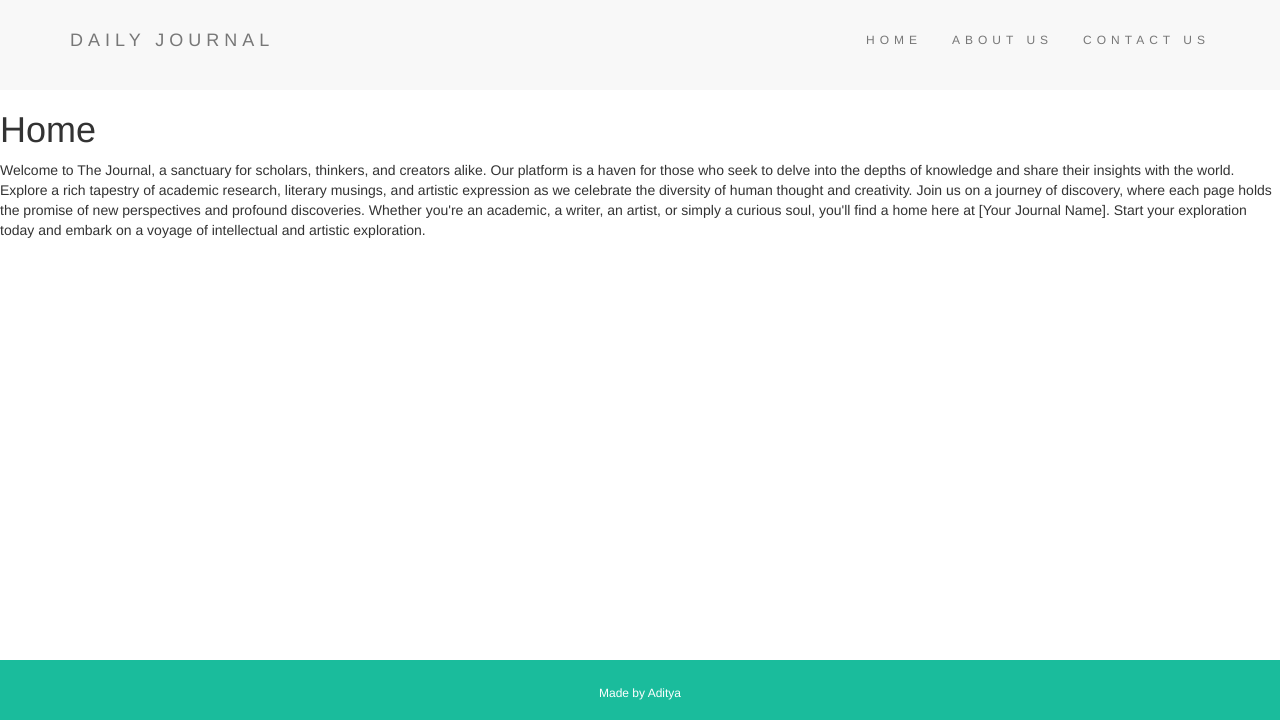
Repository: aditya-jha-kumar/Journal
Page: http://localhost/
These files come from the project's save history. The page is drawn as it stood at one moment and after a run of saves; the edit follows.
The browser window is 1280 px wide. The pictures show the whole page.
The page is served by the project's Node server (app.js).

Above is the page before, as saved 2024-04-13 02:29:15.

After the next 8 saves:
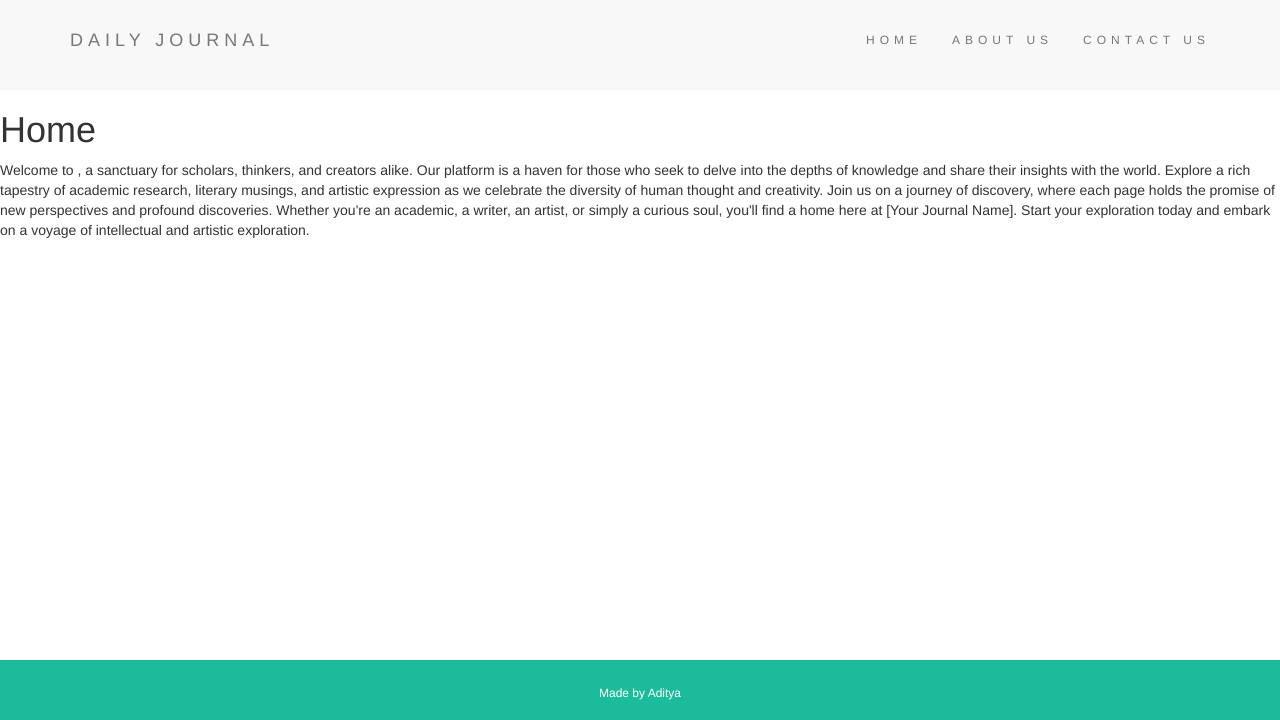
The 8 saves are shown as one change because 2 did not build or start and some came seconds apart.
The last was saved 97 s later.
--- a/app.js
+++ b/app.js
@@ -5,7 +5,7 @@
 const _ = require("lodash");
 
 const homeStartingContent =
-  "Welcome to The Journal, a sanctuary for scholars, thinkers, and creators alike. Our platform is a haven for those who seek to delve into the depths of knowledge and share their insights with the world. Explore a rich tapestry of academic research, literary musings, and artistic expression as we celebrate the diversity of human thought and creativity. Join us on a journey of discovery, where each page holds the promise of new perspectives and profound discoveries. Whether you're an academic, a writer, an artist, or simply a curious soul, you'll find a home here at [Your Journal Name]. Start your exploration today and embark on a voyage of intellectual and artistic exploration.";
+  "Welcome to , a sanctuary for scholars, thinkers, and creators alike. Our platform is a haven for those who seek to delve into the depths of knowledge and share their insights with the world. Explore a rich tapestry of academic research, literary musings, and artistic expression as we celebrate the diversity of human thought and creativity. Join us on a journey of discovery, where each page holds the promise of new perspectives and profound discoveries. Whether you're an academic, a writer, an artist, or simply a curious soul, you'll find a home here at [Your Journal Name]. Start your exploration today and embark on a voyage of intellectual and artistic exploration.";
 const aboutContent =
   "Hac habitasse platea dictumst vestibulum rhoncus est pellentesque. Dictumst vestibulum rhoncus est pellentesque elit ullamcorper. Non diam phasellus vestibulum lorem sed. Platea dictumst quisque sagittis purus sit. Egestas sed sed risus pretium quam vulputate dignissim suspendisse. Mauris in aliquam sem fringilla. Semper risus in hendrerit gravida rutrum quisque non tellus orci. Amet massa vitae tortor condimentum lacinia quis vel eros. Enim ut tellus elementum sagittis vitae. Mauris ultrices eros in cursus turpis massa tincidunt dui.";
 const contactContent =

After the save that followed:
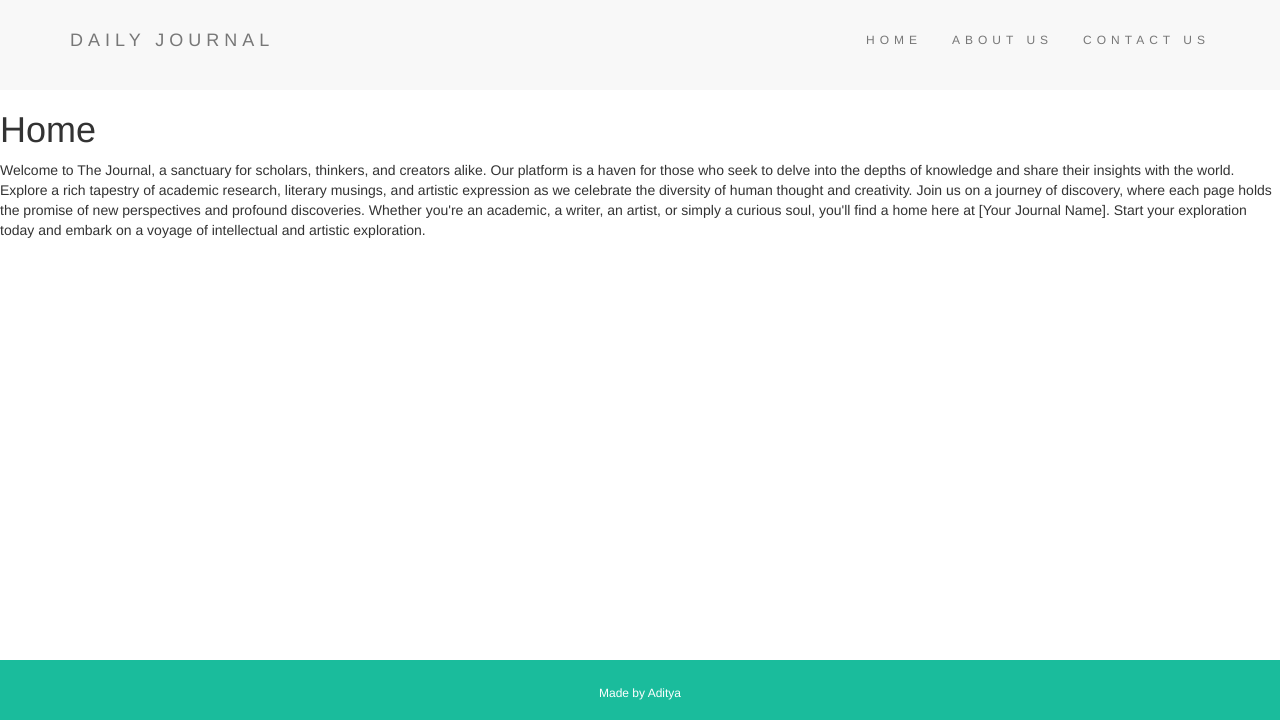
Saved 4 s later.
--- a/app.js
+++ b/app.js
@@ -5,9 +5,9 @@
 const _ = require("lodash");
 
 const homeStartingContent =
-  "Welcome to , a sanctuary for scholars, thinkers, and creators alike. Our platform is a haven for those who seek to delve into the depths of knowledge and share their insights with the world. Explore a rich tapestry of academic research, literary musings, and artistic expression as we celebrate the diversity of human thought and creativity. Join us on a journey of discovery, where each page holds the promise of new perspectives and profound discoveries. Whether you're an academic, a writer, an artist, or simply a curious soul, you'll find a home here at [Your Journal Name]. Start your exploration today and embark on a voyage of intellectual and artistic exploration.";
+  "Welcome to The Journal, a sanctuary for scholars, thinkers, and creators alike. Our platform is a haven for those who seek to delve into the depths of knowledge and share their insights with the world. Explore a rich tapestry of academic research, literary musings, and artistic expression as we celebrate the diversity of human thought and creativity. Join us on a journey of discovery, where each page holds the promise of new perspectives and profound discoveries. Whether you're an academic, a writer, an artist, or simply a curious soul, you'll find a home here at [Your Journal Name]. Start your exploration today and embark on a voyage of intellectual and artistic exploration.";
 const aboutContent =
-  "Hac habitasse platea dictumst vestibulum rhoncus est pellentesque. Dictumst vestibulum rhoncus est pellentesque elit ullamcorper. Non diam phasellus vestibulum lorem sed. Platea dictumst quisque sagittis purus sit. Egestas sed sed risus pretium quam vulputate dignissim suspendisse. Mauris in aliquam sem fringilla. Semper risus in hendrerit gravida rutrum quisque non tellus orci. Amet massa vitae tortor condimentum lacinia quis vel eros. Enim ut tellus elementum sagittis vitae. Mauris ultrices eros in cursus turpis massa tincidunt dui.";
+  "";
 const contactContent =
   "Scelerisque eleifend donec pretium vulputate sapien. Rhoncus urna neque viverra justo nec ultrices. Arcu dui vivamus arcu felis bibendum. Consectetur adipiscing elit duis tristique. Risus viverra adipiscing at in tellus integer feugiat. Sapien nec sagittis aliquam malesuada bibendum arcu vitae. Consequat interdum varius sit amet mattis. Iaculis nunc sed augue lacus. Interdum posuere lorem ipsum dolor sit amet consectetur adipiscing elit. Pulvinar elementum integer enim neque. Ultrices gravida dictum fusce ut placerat orci nulla. Mauris in aliquam sem fringilla ut morbi tincidunt. Tortor posuere ac ut consequat semper viverra nam libero.";
 
